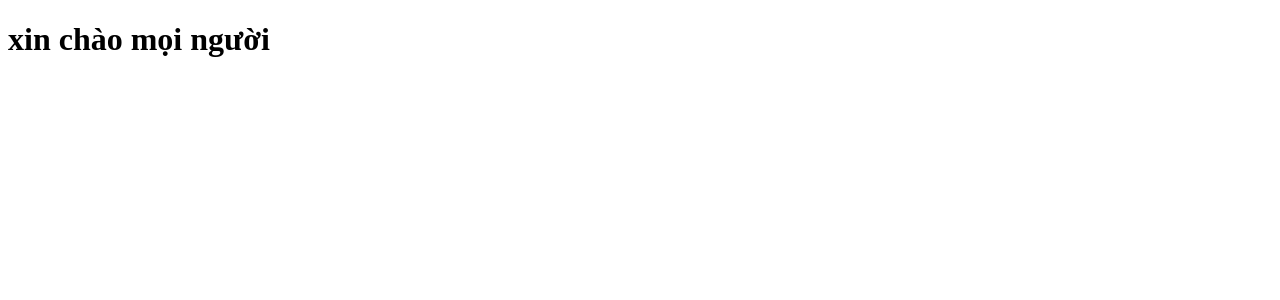
Repository: anhb287/Lab1_8_JAV101
Page: http://localhost/Lab1_TV00062/bai2
These files come from the project's save history. The page is drawn as it stood at one moment and after the next save; the edit follows.
The browser window is 1280 px wide. The pictures show the whole page.
The page is served by Tomcat 10.

Above is the page before, as saved 2025-11-07 07:23:38.

After the next save:
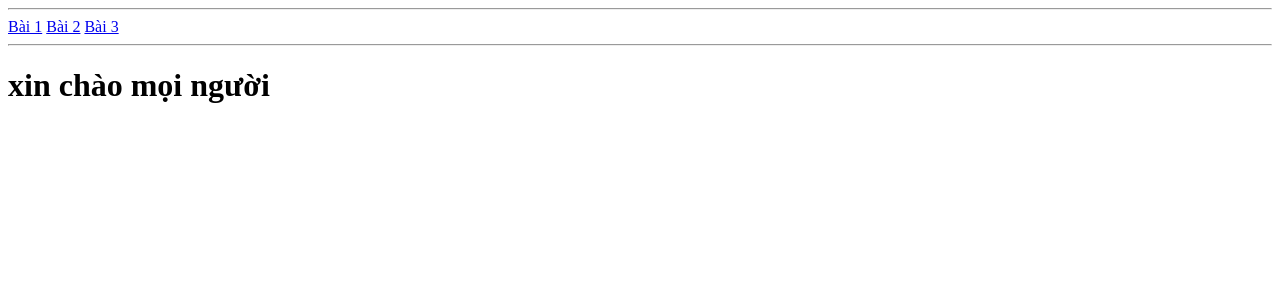
Saved 40 s later.
--- a/Lab1_TV00062/src/main/webapp/bai2.jsp
+++ b/Lab1_TV00062/src/main/webapp/bai2.jsp
@@ -7,7 +7,7 @@
 <title>Bai 2</title>
 </head>
 <body>
-
+<jsp:include page="menu.jsp"></jsp:include>
 <h1> xin chào mọi người  <h1>
 
 </body>
